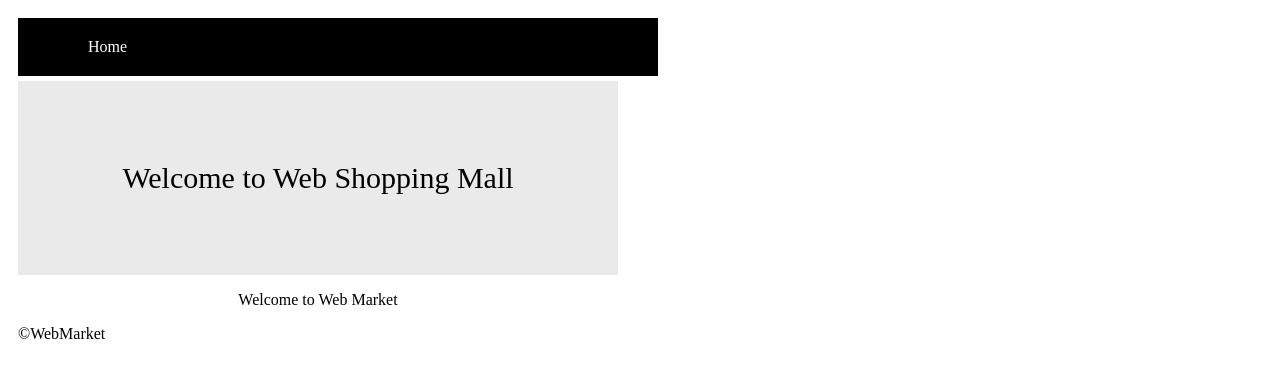
Repository: JuHyeon-S/21-1-Web-Back-end_Programming
Page: http://localhost/week07_20185135/work05_20185135.jsp
An editor plug-in stored every save of this project. The page is shown before and after the next save, followed by the edit.
The browser window is 1280 px wide. The pictures show the whole page.
The page is served by Tomcat 9.

Above is the page before, as saved 2021-04-15 03:20:37.

After the next save:
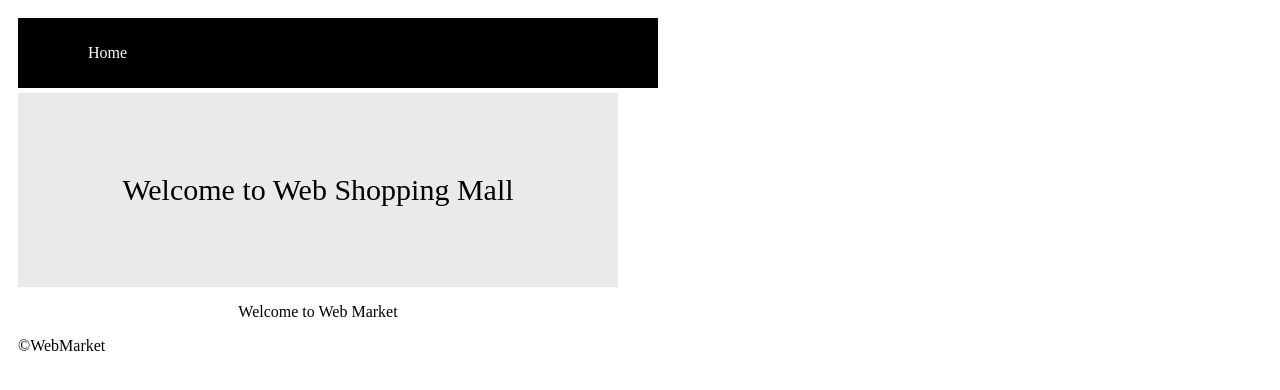
Saved 38 s later.
--- a/week07/week07_20185135/src/main/webapp/work05_20185135_css.css
+++ b/week07/week07_20185135/src/main/webapp/work05_20185135_css.css
@@ -11,6 +11,7 @@
 	background-color: black;
 	padding: 20px;
 	margin-bottom: 5px;
+	line-height: 30px;
 }
 
 .title_a{

After the save that followed:
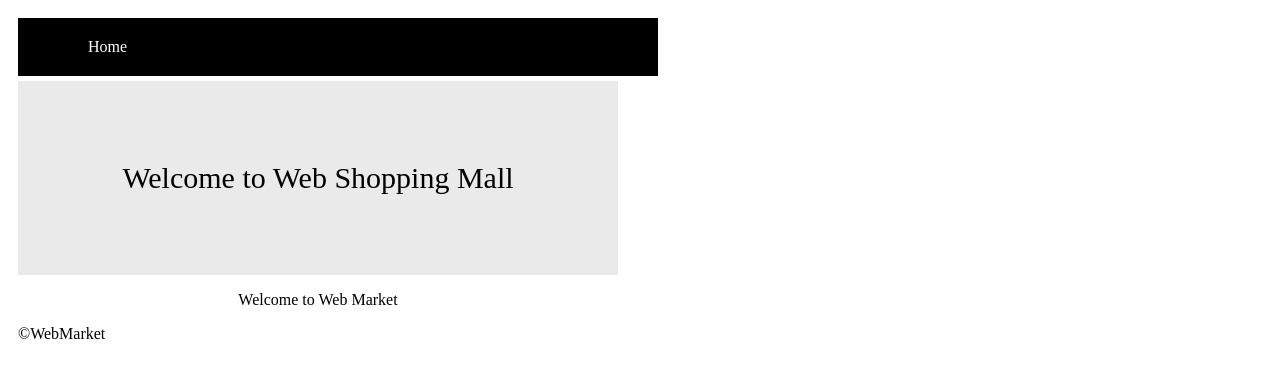
Saved 19 s later.
--- a/week07/week07_20185135/src/main/webapp/work05_20185135_css.css
+++ b/week07/week07_20185135/src/main/webapp/work05_20185135_css.css
@@ -11,7 +11,6 @@
 	background-color: black;
 	padding: 20px;
 	margin-bottom: 5px;
-	line-height: 30px;
 }
 
 .title_a{
